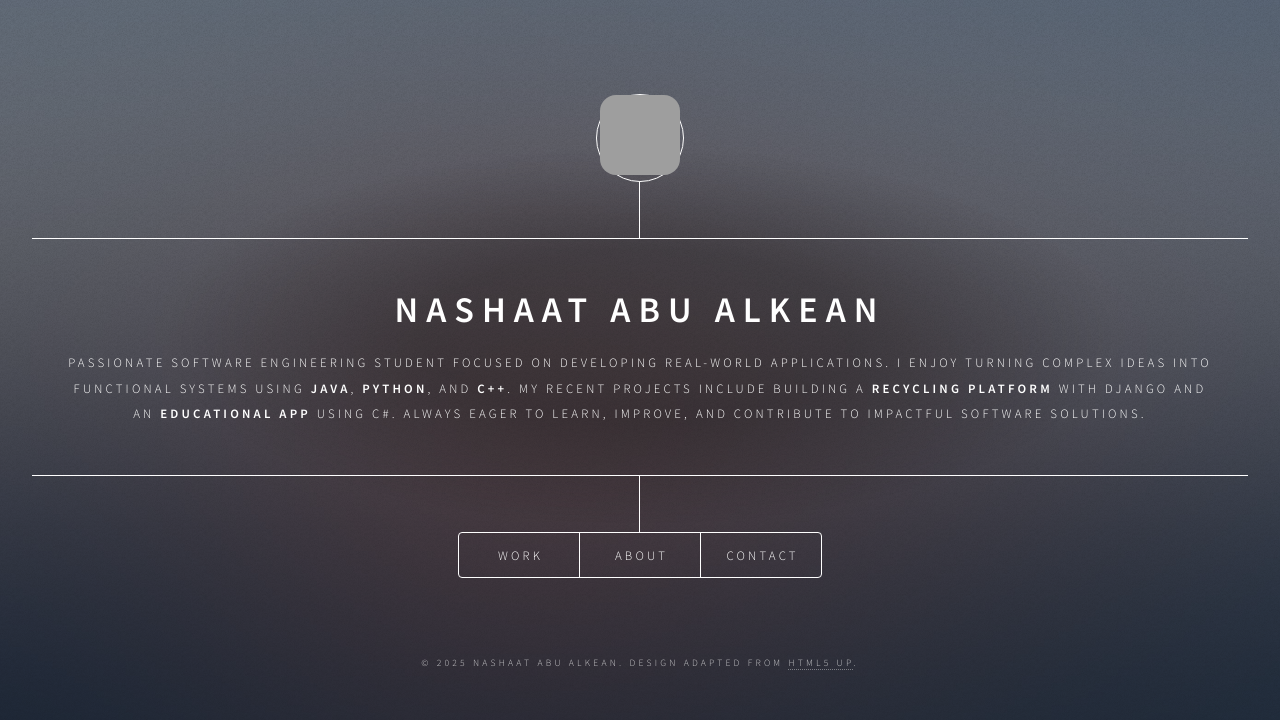
Repository: NashaatAlkean/Nashaat-sPortofolio
Page: index.html
These files come from the project's save history. The page is drawn as it stood at one moment and after the next save; the edit follows.
The browser window is 1280 px wide. The pictures show the whole page.
Pictures or frames that could not be fetched are drawn as grey boxes.

Above is the page before, as saved 2025-11-05 10:12:03.

### index.html
<!DOCTYPE html>
<!--
	Dimension by HTML5 UP
	html5up.net | @ajlkn
	Free for personal and commercial use under the CCA 3.0 license (html5up.net/license)
-->
<html>
  <head>
    <title>Nashaat Abu Alkean | Portfolio</title>
    <meta charset="utf-8" />
    <meta
      name="viewport"
      content="width=device-width, initial-scale=1, user-scalable=no"
    />
    <link rel="stylesheet" href="assets/css/main.css" />
    <noscript
      ><link rel="stylesheet" href="assets/css/noscript.css"
    /></noscript>
  </head>
  <body class="is-preload">
    <!-- Wrapper -->
    <div id="wrapper">
      <!-- Header -->
      <header id="header">
        <div class="logo">
          <img
            src="images/profile.png"
            alt="Nashaat Logo"
            style="width: 80px; height: 80px; border-radius: 20%"
          />
        </div>

        <div class="content">
          <div class="inner">
            <h1>Nashaat Abu Alkean</h1>
            <p>
              Passionate software engineering student focused on developing
              real-world applications. I enjoy turning complex ideas into
              functional systems using <b>Java</b>, <b>Python</b>, and
              <b>C++</b>. My recent projects include building a
              <b>recycling platform</b> with Django and an
              <b>educational app</b> using C#. Always eager to learn, improve,
              and contribute to impactful software solutions.
            </p>
          </div>
        </div>
        <nav>
          <ul>
            <li><a href="#work">Work</a></li>
            <li><a href="#about">About</a></li>
            <li><a href="#contact">Contact</a></li>
            <!--<li><a href="#elements">Elements</a></li>-->
          </ul>
        </nav>
      </header>

      <!-- Main -->
      <div id="main">
        <!-- Work -->
        <article id="work">
          <h2 class="major">Work</h2>
          <span class="image main"><img src="images/pic02.jpg" alt="" /></span>
          <p>
            Adipiscing magna sed dolor elit. Praesent eleifend dignissim arcu,
            at eleifend sapien imperdiet ac. Aliquam erat volutpat. Praesent
            urna nisi, fringila lorem et vehicula lacinia quam. Integer
            sollicitudin mauris nec lorem luctus ultrices.
          </p>
          <p>
            Nullam et orci eu lorem consequat tincidunt vivamus et sagittis
            libero. Mauris aliquet magna magna sed nunc rhoncus pharetra.
            Pellentesque condimentum sem. In efficitur ligula tate urna.
            Maecenas laoreet massa vel lacinia pellentesque lorem ipsum dolor.
            Nullam et orci eu lorem consequat tincidunt. Vivamus et sagittis
            libero. Mauris aliquet magna magna sed nunc rhoncus amet feugiat
            tempus.
          </p>
        </article>

        <!-- About -->
        <article id="about">
          <h2 class="major">About</h2>
          <span class="image main"><img src="images/pic03.jpg" alt="" /></span>
          <p>
            Lorem ipsum dolor sit amet, consectetur et adipiscing elit. Praesent
            eleifend dignissim arcu, at eleifend sapien imperdiet ac. Aliquam
            erat volutpat. Praesent urna nisi, fringila lorem et vehicula
            lacinia quam. Integer sollicitudin mauris nec lorem luctus ultrices.
            Aliquam libero et malesuada fames ac ante ipsum primis in faucibus.
            Cras viverra ligula sit amet ex mollis mattis lorem ipsum dolor sit
            amet.
          </p>
        </article>

        <!-- Contact -->
        <article id="contact">
          <h2 class="major">Contact</h2>
          <form method="post" action="#">
            <div class="fields">
              <div class="field half">
                <label for="name">Name</label>
                <input type="text" name="name" id="name" />
              </div>
              <div class="field half">
                <label for="email">Email</label>
                <input type="text" name="email" id="email" />
              </div>
              <div class="field">
                <label for="message">Message</label>
                <textarea name="message" id="message" rows="4"></textarea>
              </div>
            </div>
            <ul class="actions">
              <li>
                <input type="submit" value="Send Message" class="primary" />
              </li>
              <li><input type="reset" value="Reset" /></li>
            </ul>
          </form>
          <ul class="icons">
            <li>
              <a href="#" class="icon brands fa-twitter"
                ><span class="label">Twitter</span></a
              >
            </li>
            <li>
              <a href="#" class="icon brands fa-facebook-f"
                ><span class="label">Facebook</span></a
              >
            </li>
            <li>
              <a href="#" class="icon brands fa-instagram"
                ><span class="label">Instagram</span></a
              >
            </li>
            <li>
              <a href="#" class="icon brands fa-github"
                ><span class="label">GitHub</span></a
              >
            </li>
          </ul>
        </article>

        <!-- Elements -->
        <article id="elements">
          <h2 class="major">Elements</h2>

          <section>
            <h3 class="major">Text</h3>
            <p>
              This is <b>bold</b> and this is <strong>strong</strong>. This is
              <i>italic</i> and this is <em>emphasized</em>. This is
              <sup>superscript</sup> text and this is <sub>subscript</sub> text.
              This is <u>underlined</u> and this is code:
              <code>for (;;) { ... }</code>. Finally,
              <a href="#">this is a link</a>.
            </p>
            <hr />
            <h2>Heading Level 2</h2>
            <h3>Heading Level 3</h3>
            <h4>Heading Level 4</h4>
            <h5>Heading Level 5</h5>
            <h6>Heading Level 6</h6>
            <hr />
            <h4>Blockquote</h4>
            <blockquote>
              Fringilla nisl. Donec accumsan interdum nisi, quis tincidunt felis
              sagittis eget tempus euismod. Vestibulum ante ipsum primis in
              faucibus vestibulum. Blandit adipiscing eu felis iaculis volutpat
              ac adipiscing accumsan faucibus. Vestibulum ante ipsum primis in
              faucibus lorem ipsum dolor sit amet nullam adipiscing eu felis.
            </blockquote>
            <h4>Preformatted</h4>
            <pre><code>i = 0;

while (!deck.isInOrder()) {
    print 'Iteration ' + i;
    deck.shuffle();
    i++;
}

print 'It took ' + i + ' iterations to sort the deck.';</code></pre>
          </section>

          <section>
            <h3 class="major">Lists</h3>

            <h4>Unordered</h4>
            <ul>
              <li>Dolor pulvinar etiam.</li>
              <li>Sagittis adipiscing.</li>
              <li>Felis enim feugiat.</li>
            </ul>

            <h4>Alternate</h4>
            <ul class="alt">
              <li>Dolor pulvinar etiam.</li>
              <li>Sagittis adipiscing.</li>
              <li>Felis enim feugiat.</li>
            </ul>

            <h4>Ordered</h4>
            <ol>
              <li>Dolor pulvinar etiam.</li>
              <li>Etiam vel felis viverra.</li>
              <li>Felis enim feugiat.</li>
              <li>Dolor pulvinar etiam.</li>
              <li>Etiam vel felis lorem.</li>
              <li>Felis enim et feugiat.</li>
            </ol>
            <h4>Icons</h4>
            <ul class="icons">
              <li>
                <a href="#" class="icon brands fa-twitter"
                  ><span class="label">Twitter</span></a
                >
              </li>
              <li>
                <a href="#" class="icon brands fa-facebook-f"
                  ><span class="label">Facebook</span></a
                >
              </li>
              <li>
                <a href="#" class="icon brands fa-instagram"
                  ><span class="label">Instagram</span></a
                >
              </li>
              <li>
                <a href="#" class="icon brands fa-github"
                  ><span class="label">Github</span></a
                >
              </li>
            </ul>

            <h4>Actions</h4>
            <ul class="actions">
              <li><a href="#" class="button primary">Default</a></li>
              <li><a href="#" class="button">Default</a></li>
            </ul>
            <ul class="actions stacked">
              <li><a href="#" class="button primary">Default</a></li>
              <li><a href="#" class="button">Default</a></li>
            </ul>
          </section>

          <section>
            <h3 class="major">Table</h3>
            <h4>Default</h4>
            <div class="table-wrapper">
              <table>
                <thead>
                  <tr>
                    <th>Name</th>
                    <th>Description</th>
                    <th>Price</th>
                  </tr>
                </thead>
                <tbody>
                  <tr>
                    <td>Item One</td>
                    <td>Ante turpis integer aliquet porttitor.</td>
                    <td>29.99</td>
                  </tr>
                  <tr>
                    <td>Item Two</td>
                    <td>Vis ac commodo adipiscing arcu aliquet.</td>
                    <td>19.99</td>
                  </tr>
                  <tr>
                    <td>Item Three</td>
                    <td>Morbi faucibus arcu accumsan lorem.</td>
                    <td>29.99</td>
                  </tr>
                  <tr>
                    <td>Item Four</td>
                    <td>Vitae integer tempus condimentum.</td>
                    <td>19.99</td>
                  </tr>
                  <tr>
                    <td>Item Five</td>
                    <td>Ante turpis integer aliquet porttitor.</td>
                    <td>29.99</td>
                  </tr>
                </tbody>
                <tfoot>
                  <tr>
                    <td colspan="2"></td>
                    <td>100.00</td>
                  </tr>
                </tfoot>
              </table>
            </div>

            <h4>Alternate</h4>
            <div class="table-wrapper">
              <table class="alt">
                <thead>
                  <tr>
                    <th>Name</th>
                    <th>Description</th>
                    <th>Price</th>
                  </tr>
                </thead>
                <tbody>
                  <tr>
                    <td>Item One</td>
                    <td>Ante turpis integer aliquet porttitor.</td>
                    <td>29.99</td>
                  </tr>
                  <tr>
                    <td>Item Two</td>
                    <td>Vis ac commodo adipiscing arcu aliquet.</td>
                    <td>19.99</td>
                  </tr>
                  <tr>
                    <td>Item Three</td>
                    <td>Morbi faucibus arcu accumsan lorem.</td>
                    <td>29.99</td>
                  </tr>
                  <tr>
                    <td>Item Four</td>
                    <td>Vitae integer tempus condimentum.</td>
                    <td>19.99</td>
                  </tr>
                  <tr>
                    <td>Item Five</td>
                    <td>Ante turpis integer aliquet porttitor.</td>
                    <td>29.99</td>
                  </tr>
                </tbody>
                <tfoot>
                  <tr>
                    <td colspan="2"></td>
                    <td>100.00</td>
                  </tr>
                </tfoot>
              </table>
            </div>
          </section>

          <section>
            <h3 class="major">Buttons</h3>
            <ul class="actions">
              <li><a href="#" class="button primary">Primary</a></li>
              <li><a href="#" class="button">Default</a></li>
            </ul>
            <ul class="actions">
              <li><a href="#" class="button">Default</a></li>
              <li><a href="#" class="button small">Small</a></li>
            </ul>
            <ul class="actions">
              <li>
                <a href="#" class="button primary icon solid fa-download"
                  >Icon</a
                >
              </li>
              <li>
                <a href="#" class="button icon solid fa-download">Icon</a>
              </li>
            </ul>
            <ul class="actions">
              <li><span class="button primary disabled">Disabled</span></li>
              <li><span class="button disabled">Disabled</span></li>
            </ul>
          </section>

          <section>
            <h3 class="major">Form</h3>
            <form method="post" action="#">
              <div class="fields">
                <div class="field half">
                  <label for="demo-name">Name</label>
                  <input
                    type="text"
                    name="demo-name"
                    id="demo-name"
                    value=""
                    placeholder="Jane Doe"
                  />
                </div>
                <div class="field half">
                  <label for="demo-email">Email</label>
                  <input
                    type="email"
                    name="demo-email"
                    id="demo-email"
                    value=""
                    placeholder="jane@untitled.tld"
                  />
                </div>
                <div class="field">
                  <label for="demo-category">Category</label>
                  <select name="demo-category" id="demo-category">
                    <option value="">-</option>
                    <option value="1">Manufacturing</option>
                    <option value="1">Shipping</option>
                    <option value="1">Administration</option>
                    <option value="1">Human Resources</option>
                  </select>
                </div>
                <div class="field half">
                  <input
                    type="radio"
                    id="demo-priority-low"
                    name="demo-priority"
                    checked
                  />
                  <label for="demo-priority-low">Low</label>
                </div>
                <div class="field half">
                  <input
                    type="radio"
                    id="demo-priority-high"
                    name="demo-priority"
                  />
                  <label for="demo-priority-high">High</label>
                </div>
                <div class="field half">
                  <input type="checkbox" id="demo-copy" name="demo-copy" />
                  <label for="demo-copy">Email me a copy</label>
                </div>
                <div class="field half">
                  <input
                    type="checkbox"
                    id="demo-human"
                    name="demo-human"
                    checked
                  />
                  <label for="demo-human">Not a robot</label>
                </div>
                <div class="field">
                  <label for="demo-message">Message</label>
                  <textarea
                    name="demo-message"
                    id="demo-message"
                    placeholder="Enter your message"
                    rows="6"
                  ></textarea>
                </div>
              </div>
              <ul class="actions">
                <li>
                  <input type="submit" value="Send Message" class="primary" />
                </li>
                <li><input type="reset" value="Reset" /></li>
              </ul>
            </form>
          </section>
        </article>
      </div>

      <!-- Footer -->
      <footer id="footer">
        <p class="copyright">
          &copy; 2025 Nashaat Abu Alkean. Design adapted from
          <a href="https://html5up.net">HTML5 UP</a>.
        </p>
      </footer>
    </div>

    <!-- BG -->
    <div id="bg"></div>

    <!-- Scripts -->
    <script src="assets/js/jquery.min.js"></script>
    <script src="assets/js/browser.min.js"></script>
    <script src="assets/js/breakpoints.min.js"></script>
    <script src="assets/js/util.js"></script>
    <script src="assets/js/main.js"></script>
  </body>
</html>

Loaded but not shown: assets/js/jquery.min.js (library); assets/js/browser.min.js (common file); assets/css/fontawesome-all.min.css (library); assets/js/breakpoints.min.js (common file); assets/js/util.js (587 lines, source omitted); assets/js/main.js (401 lines, source omitted); assets/css/main.css (1661 lines, source omitted)

After the next save:
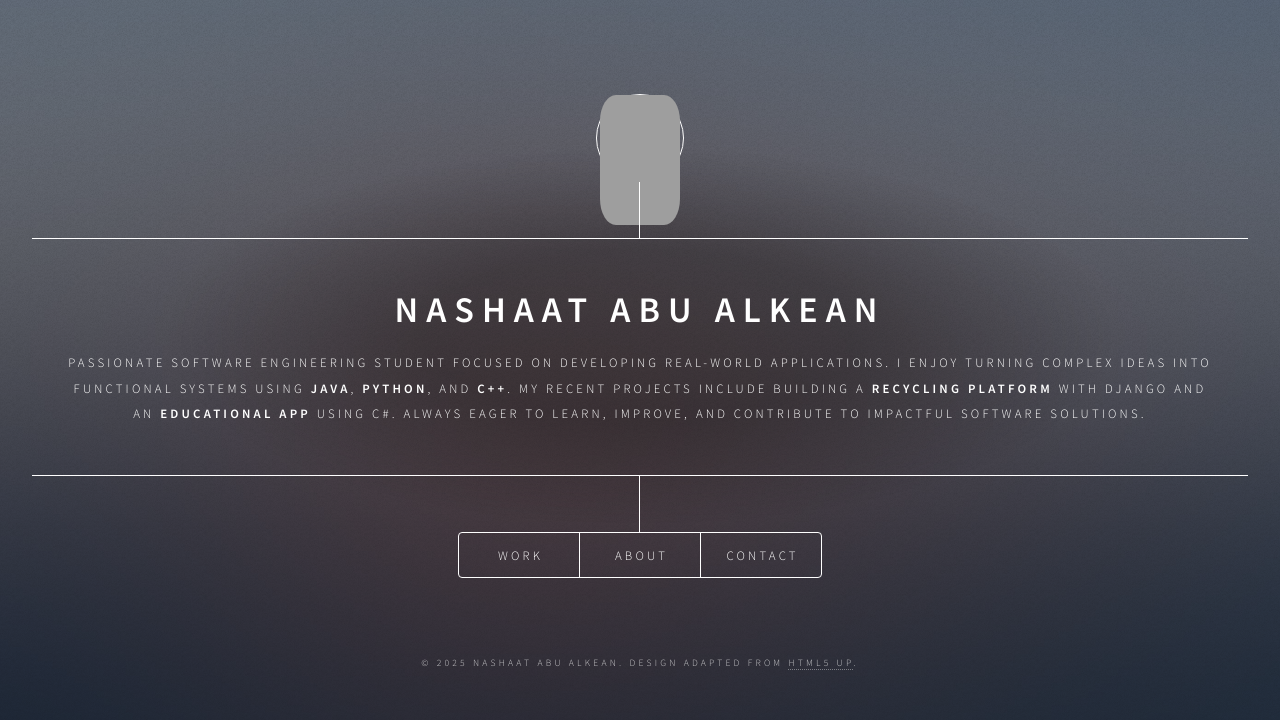
Saved 9 s later.
--- a/index.html
+++ b/index.html
@@ -26,7 +26,7 @@
           <img
             src="images/profile.png"
             alt="Nashaat Logo"
-            style="width: 80px; height: 80px; border-radius: 20%"
+            style="width: 80px; height: 130px; border-radius: 20%"
           />
         </div>
 
